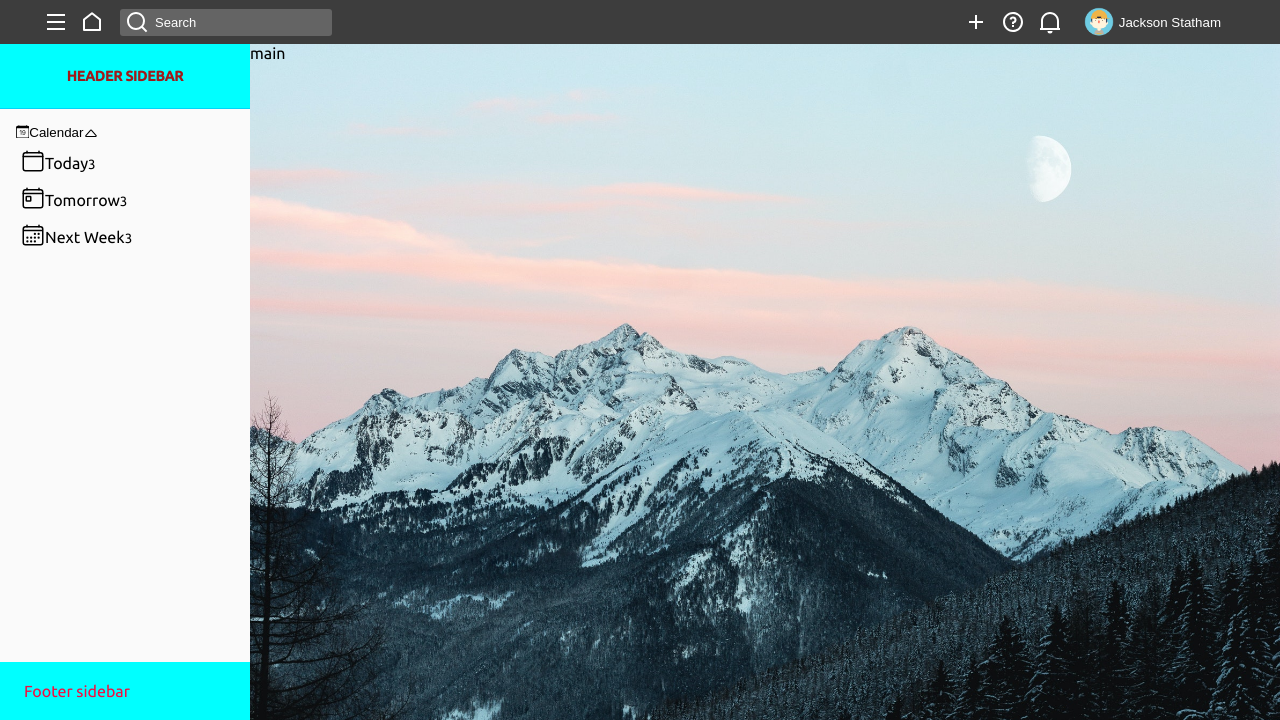
Repository: huuthe1999/to-do-list
Page: /
An editor plug-in stored every save of this project. The page is shown before and after the next save, followed by the edit.
The browser window is 1280 px wide. The pictures show the whole page.
The project was rebuilt for these pictures with package versions that can differ from the ones it lists, and the page was loaded fresh each time. Also part of the build but not shown: src/components/form/addForm/addForm.scss, src/components/form/addForm/AddForm.js, src/components/modal/modal.scss, src/components/modal/Modal.js.

Above is the page before, as saved 2022-02-17 14:44:26.

After the next save:
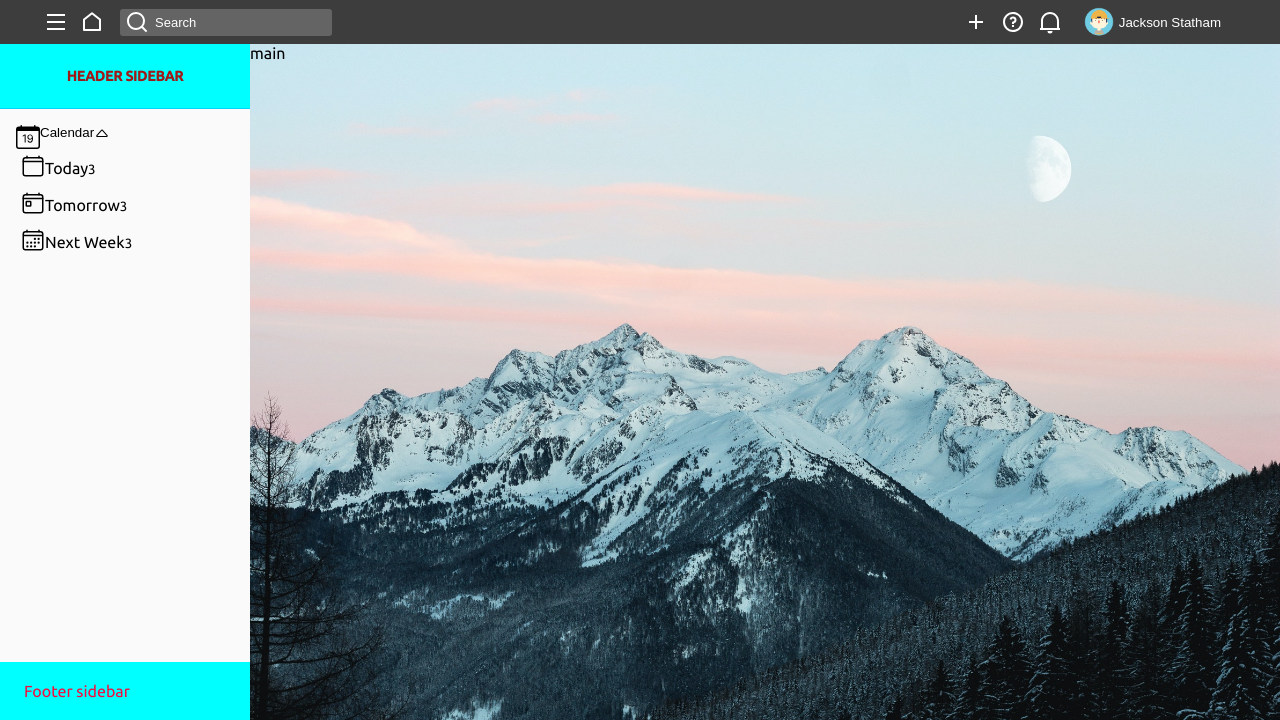
Saved 61 s later.
--- a/src/components/calendar/Calendar.js
+++ b/src/components/calendar/Calendar.js
@@ -17,7 +17,7 @@ const Calendar = () => {
 		<div className='calendar'>
 			<div className='calendar__header'>
 				<button className='calendar__header--title'>
-					<BsCalendarDate />
+					<BsCalendarDate size='24px' />
 					<p>Calendar</p>
 				</button>
 				<div className='calendar__header--expand'>
